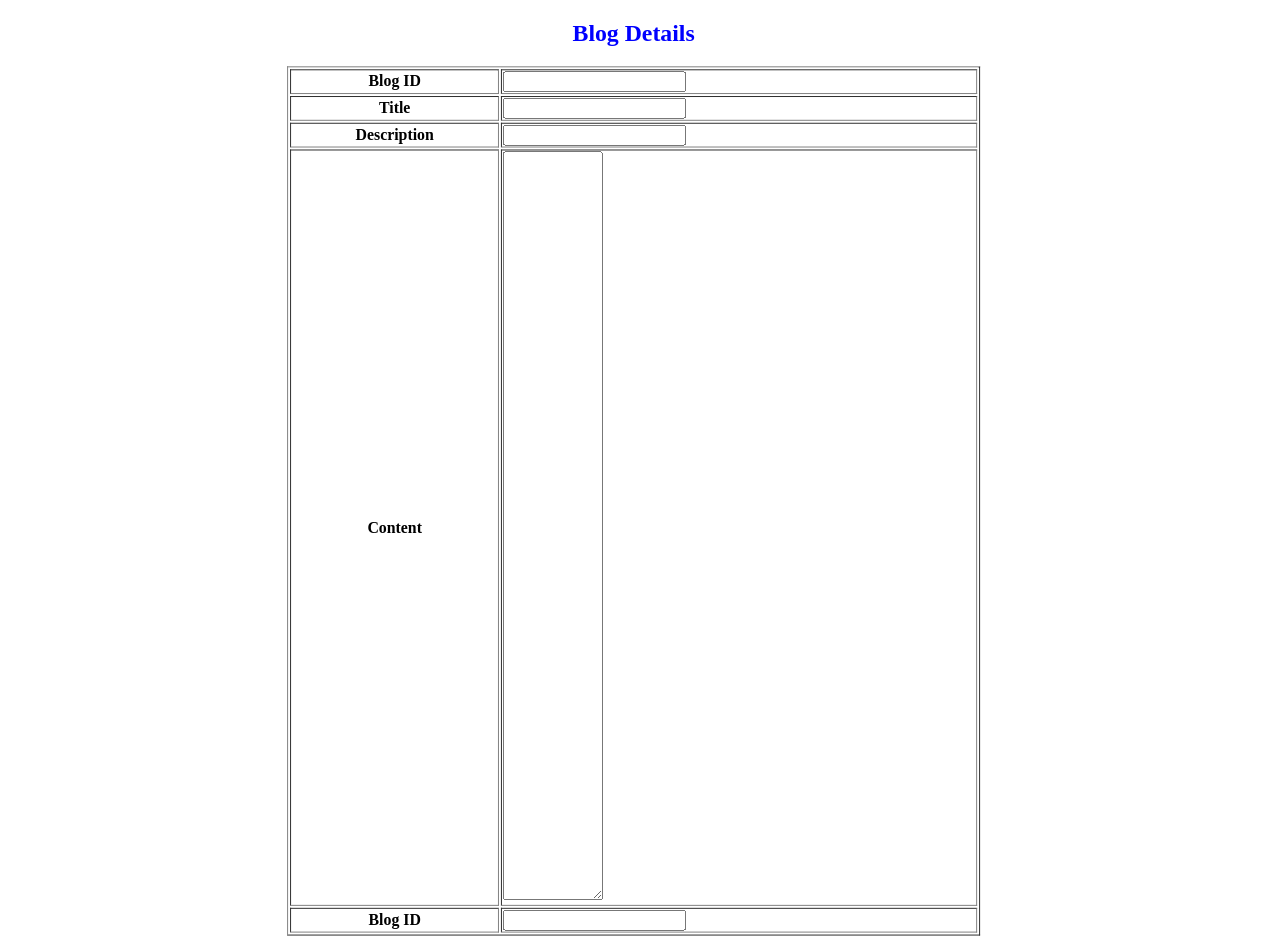
Repository: choubeyshubham018/CompleteJavaQuestions
Page: http://localhost/Ques_17_ServletBlogApplication/blog.jsp
These files come from the project's save history. The page is drawn as it stood at one moment and after the next save; the edit follows.
The browser window is 1280 px wide. The pictures show the whole page, at 99% of full size.
The page is served by Tomcat 9. Other server files are loaded and not shown.

Above is the page before, as saved 2023-09-19 07:17:27.

### Servlet Assignment/Ques_17_ServletBlogApplication/src/main/webapp/blog.jsp
<%@ page language="java" contentType="text/html; charset=ISO-8859-1"
    pageEncoding="ISO-8859-1"%>
<!DOCTYPE html>
<html>
<head>
<meta charset="ISO-8859-1">
<title>Blogging Page</title>
</head>
<body>
<h2 style="text-align: center; color: blue;"> Blog Details</h2>
<form action="/blog" method="post">
<table align="center" border="1" width="700 px">
<tr>
	<th>Blog ID  </th>
	<td><input type="text" name="bid"></td>
</tr>

<tr>
	<th>Title  </th>
	<td><input type="text" name="title"></td>
</tr>
<tr>
	<th>Description  </th>
	<td><input type="text" name="bid"></td>
</tr>
<tr>
	<th>Content</th>
	<td><textarea rows="50" cols="10" name="content"></textarea></td>
</tr>
<tr>
	<th>Blog ID</th>
	<td><input type="text" name="bid"></td>
</tr>
</table>
</form>
</body>
</html>

After the next save:
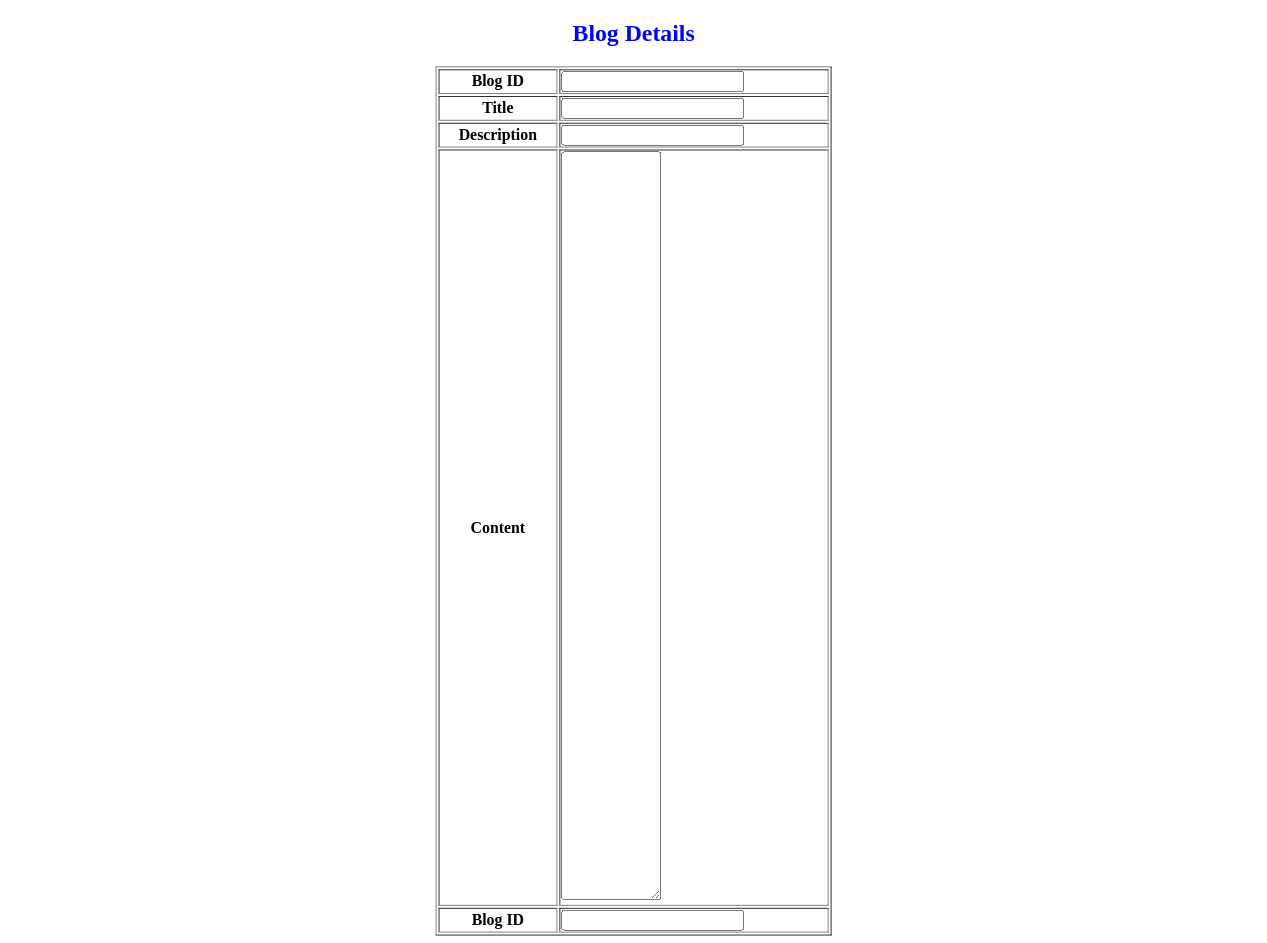
Saved 16 s later.
--- a/Servlet Assignment/Ques_17_ServletBlogApplication/src/main/webapp/blog.jsp
+++ b/Servlet Assignment/Ques_17_ServletBlogApplication/src/main/webapp/blog.jsp
@@ -9,7 +9,7 @@
 <body>
 <h2 style="text-align: center; color: blue;"> Blog Details</h2>
 <form action="/blog" method="post">
-<table align="center" border="1" width="700 px">
+<table align="center" border="1" width="400 px">
 <tr>
 	<th>Blog ID  </th>
 	<td><input type="text" name="bid"></td>
